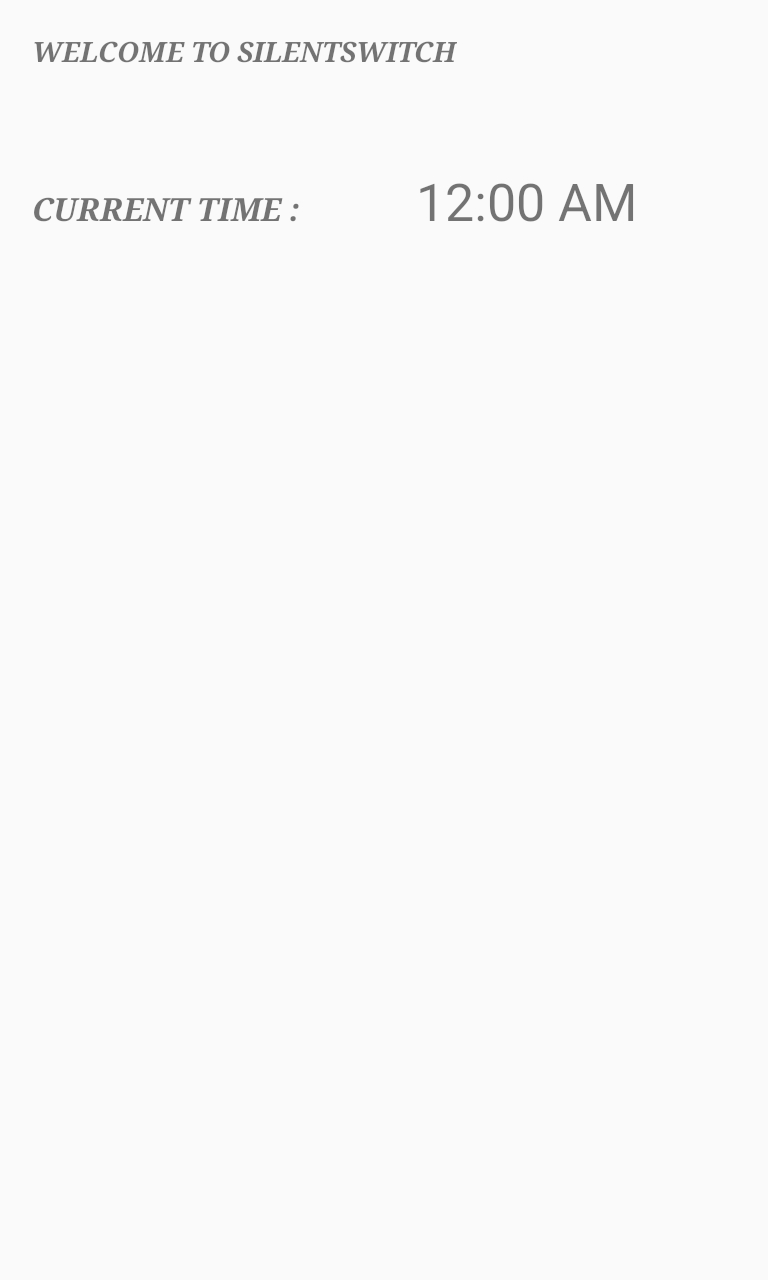
Repository: karakor/SilentSwitch2
Layout: SilentSwitch/res/layout/activity_alarm.xml
An editor plug-in stored every save of this project. The layout is shown before and after the next save, followed by the edit.
It is drawn on a 768 x 1280 px phone screen (xhdpi) without system bars, with theme AppTheme; the app's code is not run. The app's manifest (not shown) leaves right-to-left support off. So textAlignment, textDirection and layoutDirection are ignored, and left and right values win over start and end ones.

Above is the layout before, as saved 2015-03-02 11:00:59.

### SilentSwitch/res/layout/activity_alarm.xml
<RelativeLayout xmlns:android="http://schemas.android.com/apk/res/android"
    xmlns:tools="http://schemas.android.com/tools"
    android:layout_width="match_parent"
    android:layout_height="match_parent"
    android:paddingBottom="@dimen/activity_vertical_margin"
    android:paddingLeft="@dimen/activity_horizontal_margin"
    android:paddingRight="@dimen/activity_horizontal_margin"
    android:paddingTop="@dimen/activity_vertical_margin"
    tools:context="com.example.silentswitch.AlarmScreen" >

    <TextView
        android:id="@+id/textView1"
        android:layout_width="wrap_content"
        android:layout_height="wrap_content"
        android:text="@string/hello_world"
        android:textStyle="bold|italic"
        android:typeface="serif"  />

    <TextView
        android:id="@+id/current_time"
        android:layout_width="wrap_content"
        android:layout_height="wrap_content"
        android:layout_alignBaseline="@+id/digitalClock1"
        android:layout_alignBottom="@+id/digitalClock1"
        android:layout_alignLeft="@+id/textView1"
        android:text="@string/current_txt"
        android:textAppearance="?android:attr/textAppearanceSmall"
        android:textSize="16sp"
        android:textStyle="bold|italic"
        android:typeface="serif" />

    <DigitalClock
        android:id="@+id/digitalClock1"
        android:layout_width="wrap_content"
        android:layout_height="wrap_content"
        android:layout_alignParentRight="true"
        android:layout_below="@+id/textView1"
        android:layout_marginTop="48dp"
        android:digits="8"
        android:text="@string/digital_clc"
        android:textAlignment="center"
        android:textSize="26sp"
        android:width="160dp" />

</RelativeLayout>

### SilentSwitch/res/values/strings.xml
<?xml version="1.0" encoding="utf-8"?>
<resources>

    <string name="app_name">SilentSwitch</string>
    <string name="hello_world">WELCOME TO SILENTSWITCH</string>
    <string name="action_settings">Settings</string>
    <string name="Alarm_btn">ALARM</string>
    <string name="Map_btn">MAP</string>
    <string name="title_activity_map__screen">Map_Screen</string>
    <string name="btn_City">City</string>
    <string name="str_rb_normal">Normal</string>
    <string name="str_rb_satellite">Satellite</string>
    <string name="menu_settings">Settings</string>
    <string name="str_rb_terrain">Terrain</string>
    <string name="title_activity_alarm_screen">AlarmScreen</string>
    <string name="digital_clc"/>
    <string name="current_txt">CURRENT TIME : </string>

</resources>

Loaded but not shown: SilentSwitch/res/values/styles.xml (common file); SilentSwitch/res/values-v11/styles.xml (common file); SilentSwitch/res/values-v14/styles.xml (common file); SilentSwitch/res/values/dimens.xml (common file); SilentSwitch/res/values-w820dp/dimens.xml (common file)

After the next save:
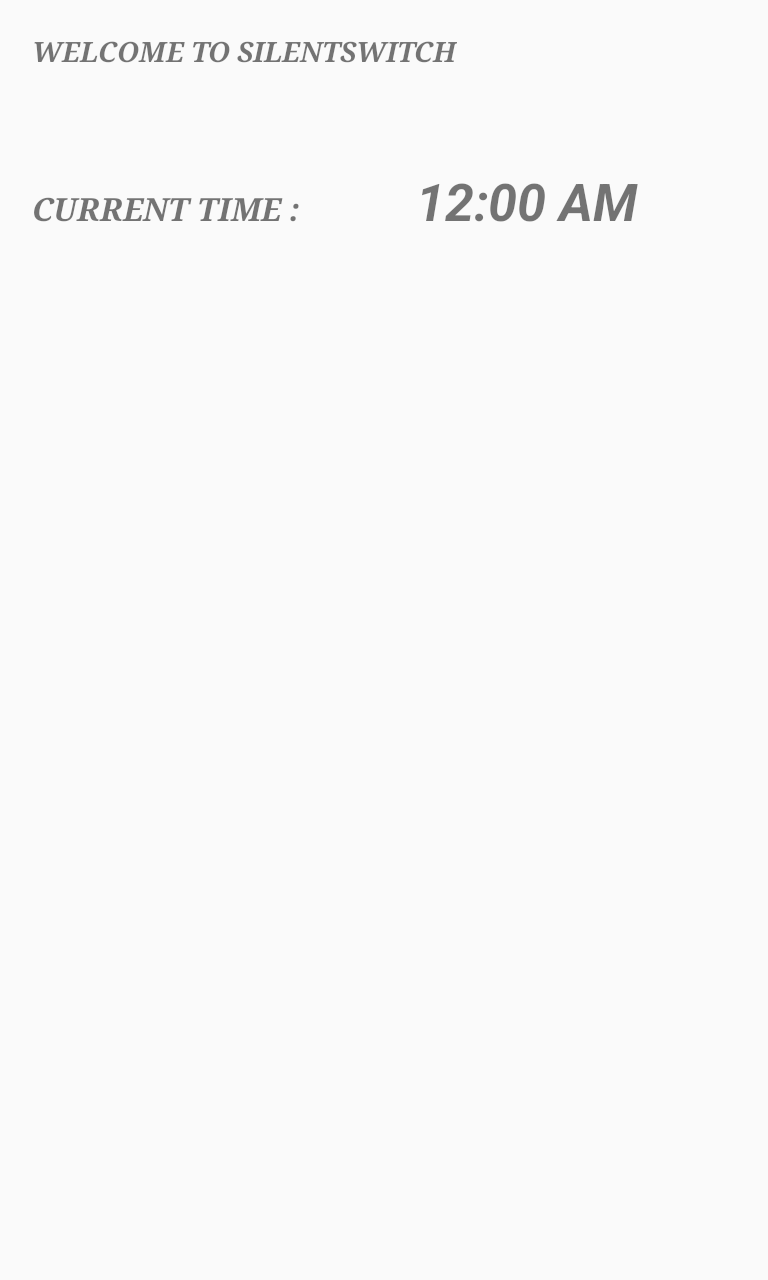
Saved 53 s later.
--- a/SilentSwitch/res/layout/activity_alarm.xml
+++ b/SilentSwitch/res/layout/activity_alarm.xml
@@ -39,6 +39,7 @@
         android:digits="8"
         android:text="@string/digital_clc"
         android:textAlignment="center"
+        android:textStyle="bold|italic"
         android:textSize="26sp"
         android:width="160dp" />
 
